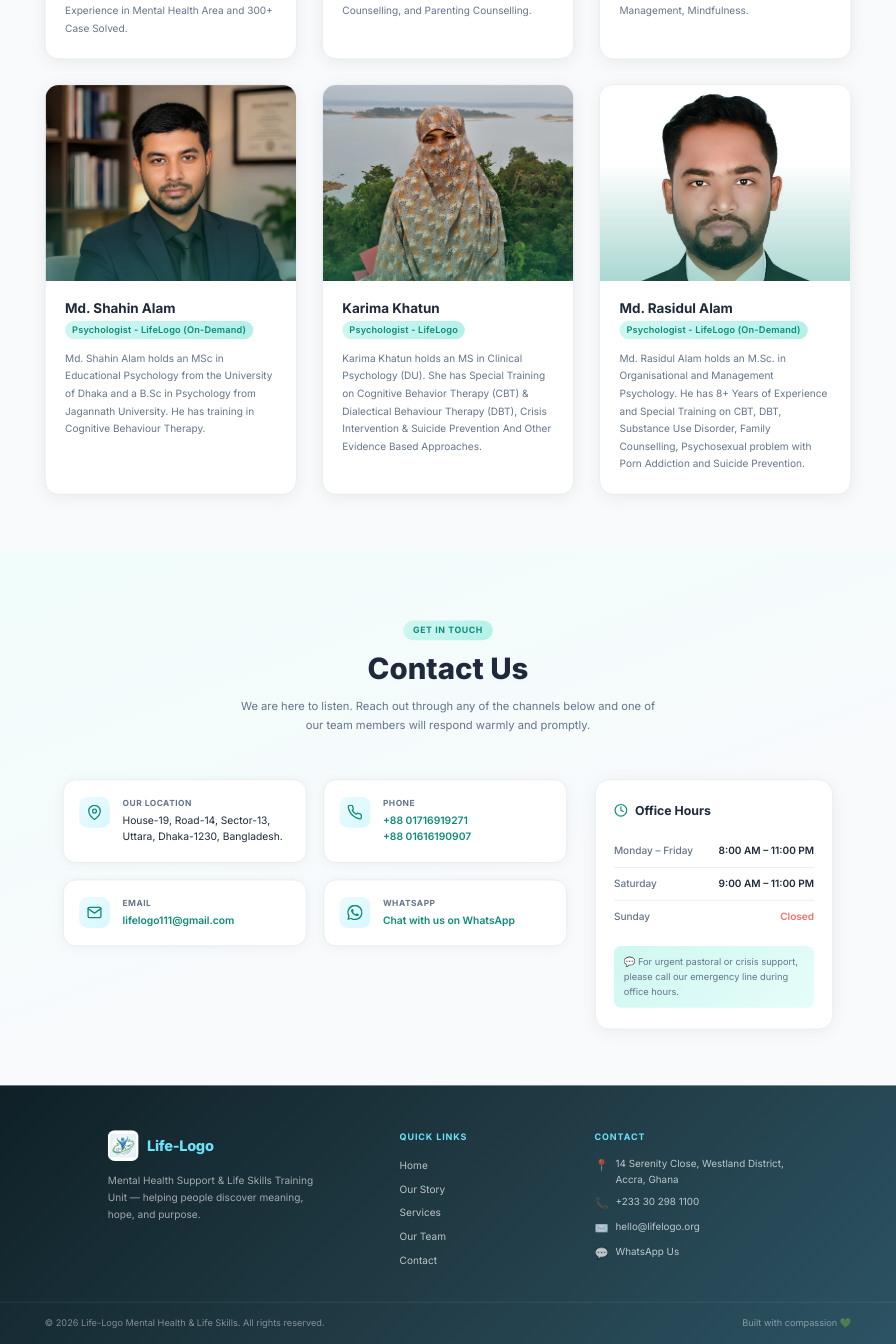
Repository: Tan47s/Lifelogo
Page: /
The author's editor kept a copy of each file at every save. The page is drawn from the files as they stood at one save, then again after the next save.
The browser window is 1280 px wide. The pictures show the part of the page from y = 3042 to 4962 px (the page is 4962 px tall), at 70% of full size.
The project was rebuilt for these pictures with package versions that can differ from the ones it lists, and the page was loaded fresh each time. Also part of the build but not shown: vite.config.js.

Above is the page before, as saved 2026-08-09 17:16:28.

### index.html
<!doctype html>
<html lang="en">
  <head>
    <meta charset="UTF-8" />
    <link rel="icon" type="image/svg+xml" href="/favicon.svg" />
    <meta name="viewport" content="width=device-width, initial-scale=1.0" />
    <title>Life-Logo | Mental Health Counselling &amp; Life Skills</title>
    <meta name="description" content="Life-Logo Mental Health Support &amp; Life Skills Training Unit — professional counselling, resilience coaching, and compassionate support to help you find meaning, hope, and purpose." />
    <meta property="og:title" content="Life-Logo | Mental Health Counselling &amp; Life Skills" />
    <meta property="og:description" content="Professional counselling and life skills training to support your well-being and personal growth." />
    <meta property="og:type" content="website" />
  </head>
  <body>
    <div id="root"></div>
    <script type="module" src="/src/main.jsx"></script>
  </body>
</html>

### src/main.jsx
import { StrictMode } from 'react'
import { createRoot } from 'react-dom/client'

import { App } from './App.jsx'


createRoot(document.getElementById('root')).render(
  <StrictMode>
    <App />
  </StrictMode>,
)

### src/App.jsx
import React from 'react'
import { Header } from './comp/Header'
import { Herocon } from './comp/Herocon'
import { Contents2 } from './comp/Contents2'
import { Service2 } from './comp/Service2'
import { Counsellors } from './comp/Counsellors'
import { Contact } from './comp/Contact'
import { Footer } from './comp/Footer'

export const App = () => {
  return (
    <div>
      <Header />

      {/* Hero — id: home (owned by Herocon's <section>) */}
      <Herocon />

      {/* Our Story — id: story (owned by Contents2's <section>) */}
      <Contents2 />

      {/* Services — id: services (declared inside Service2's <section>) */}
      <Service2 />

      {/* Our Team — id: team */}
      <Counsellors />

      {/* Contact — id: contact */}
      <Contact />

      {/* Footer */}
      <Footer />
    </div>
  )
}

### src/comp/Herocon.jsx
import './herocon.css'
import Hero from '../assets/hero.png'

const stats = [
  { value: '500+', label: 'Lives Impacted' },
  { value: '15+', label: 'Years Experience' },
  { value: '6',   label: 'Specialists' },
]

export const Herocon = () => {
  const scrollTo = (id) => {
    const el = document.getElementById(id)
    if (el) el.scrollIntoView({ behavior: 'smooth' })
  }

  return (
    <section
      id="home"
      className="hero-section"
      style={{ backgroundImage: `url(${Hero})` }}
    >
      {/* layered overlay */}
      <div className="hero-overlay" />

      <div className="hero-content">
        {/* eyebrow badge */}
        <span className="hero-badge">Mental Health &amp; Life Skills</span>

        {/* quote */}
        <p className="hero-quote">
          &ldquo;Doctors Dress The Wound, God Heals It.&rdquo;
        </p>

        {/* headline */}
        <h1 className="hero-headline">
          Well-Being Requires<br />
          <span className="hero-headline-accent">a Safe Space to Heal</span>
        </h1>

        {/* sub-text */}
        <p className="hero-sub">
          Mental health is the foundation of a healthy life. Through compassion,
          professional support, and faith, we help you find hope, build
          resilience, and take meaningful steps toward lasting well-being.
        </p>

        {/* CTAs */}
        <div className="hero-ctas">
          <button
            id="hero-contact-btn"
            className="hero-btn hero-btn--primary"
            onClick={() => scrollTo('contact')}
          >
            Contact Us
          </button>
          <button
            id="hero-services-btn"
            className="hero-btn hero-btn--ghost"
            onClick={() => scrollTo('services')}
          >
            Our Services
          </button>
        </div>

        {/* Stats strip */}
        <div className="hero-stats">
          {stats.map((s, i) => (
            <div className="hero-stat" key={i}>
              <span className="hero-stat-value">{s.value}</span>
              <span className="hero-stat-label">{s.label}</span>
            </div>
          ))}
        </div>
      </div>
    </section>
  )
}

### src/comp/Service2.jsx
import React from 'react'
import ser1 from '../assets/ser1.png'
import ser2 from '../assets/ser2.png'
import ser3 from '../assets/ser3.png'
import ser4 from '../assets/ser4.png'
import './Service2.css'

const services = [
  {
    img: ser1,
    title: 'Individual Counselling',
    tag: 'One-on-One',
    desc: 'A private, confidential space where you can explore personal challenges, process emotions, and develop healthier coping strategies with the guidance of a qualified counsellor.',
  },
  {
    img: ser2,
    title: 'Couple Counselling',
    tag: 'Relationships',
    desc: 'Helping couples navigate conflict, rebuild trust, and strengthen communication so they can grow together in a healthy, supportive partnership.',
  },
  {
    img: ser3,
    title: 'Family Counselling',
    tag: 'Family Dynamics',
    desc: 'We work with families to address relational tensions, improve understanding, and foster a home environment rooted in compassion and mutual respect.',
  },
  {
    img: ser4,
    title: 'Life Skills Training',
    tag: 'Personal Growth',
    desc: 'Practical workshops and coaching sessions that equip you with tools for resilience, emotional regulation, goal-setting, and purposeful living.',
  },
]

export const Service2 = () => {
  return (
    <section id="services" className="services-section">
      {/* Section Header */}
      <div className="services-header">
        <span className="section-badge">What We Offer</span>
        <h2>Our Services</h2>
        <p className="services-subtitle">
          We provide compassionate mental health counselling and life skills
          training to support your well-being and personal growth.
        </p>
      </div>

      {/* Cards Grid */}
      <div className="services-grid">
        {services.map((s, i) => (
          <div className="service-card" key={i}>
            <div className="service-img-wrap">
              <img src={s.img} alt={s.title} className="service-img" />
              <div className="service-img-overlay" />
            </div>
            <div className="service-info">
              <span className="service-tag">{s.tag}</span>
              <h3>{s.title}</h3>
              <p>{s.desc}</p>
            </div>
          </div>
        ))}
      </div>
    </section>
  )
}

### src/comp/Footer.jsx
import React from 'react'
import './Footer.css'
import logo from '../assets/logo.png'

export const Footer = () => {
  const year = new Date().getFullYear()

  const scrollTo = (id) => {
    const el = document.getElementById(id)
    if (el) el.scrollIntoView({ behavior: 'smooth' })
  }

  return (
    <footer className="footer">
      <div className="footer-inner">

        {/* Brand Column */}
        <div className="footer-brand">
          <div className="footer-logo-row">
            <img src={logo} alt="Life-Logo" className="footer-logo" />
            <span className="footer-name">Life-Logo</span>
          </div>
          <p className="footer-tagline">
            Mental Health Support &amp; Life Skills Training Unit — helping
            people discover meaning, hope, and purpose.
          </p>
        </div>

        {/* Quick Links */}
        <div className="footer-col">
          <h4>Quick Links</h4>
          <ul>
            {[
              { label: 'Home',        id: 'home' },
              { label: 'Our Story',   id: 'story' },
              { label: 'Services',    id: 'services' },
              { label: 'Our Team',    id: 'team' },
              { label: 'Contact',     id: 'contact' },
            ].map((l) => (
              <li key={l.id}>
                <button onClick={() => scrollTo(l.id)} className="footer-link">
                  {l.label}
                </button>
              </li>
            ))}
          </ul>
        </div>

        {/* Contact Column */}
        <div className="footer-col">
          <h4>Contact</h4>
          <ul className="footer-contact-list">
            <li>
              <span className="fc-icon">📍</span>
              14 Serenity Close, Westland District, Accra, Ghana
            </li>
            <li>
              <span className="fc-icon">📞</span>
              <a href="tel:+233302981100">+233 30 298 1100</a>
            </li>
            <li>
              <span className="fc-icon">✉️</span>
              <a href="mailto:hello@lifelogo.org">hello@lifelogo.org</a>
            </li>
            <li>
              <span className="fc-icon">💬</span>
              <a href="https://wa.me/233244567890" target="_blank" rel="noopener noreferrer">
                WhatsApp Us
              </a>
            </li>
          </ul>
        </div>

      </div>

      {/* Bottom Bar */}
      <div className="footer-bottom">
        <p>&copy; {year} Life-Logo Mental Health &amp; Life Skills. All rights reserved.</p>
        <p className="footer-note">Built with compassion 💚</p>
      </div>
    </footer>
  )
}

### src/Index.css

@import url('https://fonts.googleapis.com/css2?family=Inter:wght@100..900&display=swap');

:root {
  /* Brand */
  --primary: #6de1fb;        /* Teal from header */
  --primary-light: #02ff78;


  /* Logo greens */
  --green: #22C55E;
  --green-light: #DCFCE7;

  /* Blue accent */
  --blue: #38BDF8;
  --blue-light: #E0F2FE;

  /* Backgrounds */
  --background: #F8FAFC;
  --surface: #FFFFFF;

  /* Text */
  --text: #1E293B;
  --text-muted: #64748B;

  /* Borders */
  --border: #E2E8F0;
}

* {
  margin: 0;
  padding: 0;
  box-sizing: border-box;
  font-family: "Inter", sans-serif;
}

h1{
    font-weight: 800;
}

p{
    font-weight: 400;
}

### src/comp/Contents2.css
/* ============================================================
   OUR STORY SECTION
   ============================================================ */

.story-section {
  padding: 100px 5% 80px;
  background: var(--background);   /* #F8FAFC — same as Counsellors */
}

/* ---- Two-column inner wrapper ---- */
.story-inner {
  display: grid;
  grid-template-columns: 1fr 1fr;
  gap: 72px;
  max-width: 1200px;
  margin: 0 auto;
  align-items: start;
}

/* ========== LEFT: text column ========== */
.story-text {
  display: flex;
  flex-direction: column;
  gap: 20px;
}

.story-text h2 {
  font-size: clamp(26px, 3.5vw, 40px);
  font-weight: 800;
  color: var(--text);
  line-height: 1.18;
  margin: 0;
}

.story-lead {
  font-size: 1.05rem;
  color: var(--text);
  font-weight: 500;
  line-height: 1.75;
  margin: 0;
}

.story-body {
  font-size: 0.95rem;
  color: var(--text-muted);
  line-height: 1.8;
  margin: 0;
}

/* ========== RIGHT: pillars column ========== */
.story-pillars {
  display: flex;
  flex-direction: column;
  gap: 20px;
}

/* ---- Single pillar card ---- */
.story-pillar {
  display: flex;
  align-items: flex-start;
  gap: 18px;
  background: var(--surface);
  border: 1px solid var(--border);
  border-radius: 18px;
  padding: 24px 22px;
  box-shadow: 0 2px 16px rgba(0, 0, 0, 0.05);
  transition: transform 0.25s ease, box-shadow 0.25s ease;
}

.story-pillar:hover {
  transform: translateY(-4px);
  box-shadow: 0 8px 32px rgba(109, 225, 251, 0.18);
}

/* ---- Icon bubble ---- */
.pillar-icon {
  flex-shrink: 0;
  width: 48px;
  height: 48px;
  border-radius: 14px;
  background: linear-gradient(135deg, #d0f7f1, #b2f0e8);
  display: flex;
  align-items: center;
  justify-content: center;
  color: #0d8c7a;
}

.pillar-icon svg {
  width: 22px;
  height: 22px;
}

/* ---- Pillar text ---- */
.pillar-body {
  display: flex;
  flex-direction: column;
  gap: 5px;
}

.pillar-body h4 {
  font-size: 1rem;
  font-weight: 700;
  color: var(--text);
  margin: 0;
}

.pillar-body p {
  font-size: 0.88rem;
  color: var(--text-muted);
  line-height: 1.65;
  margin: 0;
}

/* ---- Responsive ---- */
@media (max-width: 860px) {
  .story-inner {
    grid-template-columns: 1fr;
    gap: 48px;
  }
}

@media (max-width: 640px) {
  .story-section {
    padding: 70px 5% 60px;
  }
}

### src/comp/Service2.css
/* ============================================================
   SERVICES SECTION  —  mirrors Counsellors card style
   ============================================================ */

.services-section {
  padding: 100px 5% 80px;
  background: linear-gradient(160deg, #f0fdfb 0%, #f8fafc 60%);
}

/* --- Header --- */
.services-header {
  text-align: center;
  max-width: 660px;
  margin: 0 auto 64px;
}

.services-header h2 {
  font-size: clamp(28px, 4vw, 42px);
  font-weight: 800;
  color: var(--text);
  margin-bottom: 16px;
  line-height: 1.15;
}

.services-subtitle {
  font-size: 1rem;
  color: var(--text-muted);
  line-height: 1.7;
}

/* --- Grid --- */
.services-grid {
  display: grid;
  grid-template-columns: repeat(auto-fit, minmax(260px, 1fr));
  gap: 32px;
  max-width: 1200px;
  margin: 0 auto;
}

/* --- Card --- */
.service-card {
  background: var(--surface);
  border-radius: 20px;
  overflow: hidden;
  box-shadow: 0 4px 24px rgba(0, 0, 0, 0.07);
  border: 1px solid var(--border);
  transition: transform 0.3s ease, box-shadow 0.3s ease;
}

.service-card:hover {
  transform: translateY(-8px);
  box-shadow: 0 12px 40px rgba(109, 225, 251, 0.25);
}

/* --- Image wrapper --- */
.service-img-wrap {
  position: relative;
  width: 100%;
  height: 150px;
  overflow: hidden;
}

.service-img {
  width: 100%;
  height: 100%;
  object-fit: cover;
  object-position: center;
  transition: transform 0.4s ease;
}

.service-card:hover .service-img {
  transform: scale(1.05);
}

.service-img-overlay {
  position: absolute;
  inset: 0;
  background: linear-gradient(to top, rgba(13, 140, 122, 0.3) 0%, transparent 55%);
  pointer-events: none;
}

/* --- Info block --- */
.service-info {
  padding: 22px 26px 28px;
  display: flex;
  flex-direction: column;
  gap: 8px;
}

.service-tag {
  display: inline-block;
  background: linear-gradient(135deg, #d0f7f1, #b2f0e8);
  color: #0d8c7a;
  font-size: 0.78rem;
  font-weight: 700;
  letter-spacing: 0.06em;
  text-transform: uppercase;
  padding: 4px 12px;
  border-radius: 999px;
  align-self: flex-start;
}

.service-info h3 {
  font-size: 1.15rem;
  font-weight: 700;
  color: var(--text);
  margin: 0;
  line-height: 1.3;
}

.service-info p {
  font-size: 0.9rem;
  color: var(--text-muted);
  line-height: 1.75;
  margin: 0;
}

/* --- Responsive --- */
@media (max-width: 640px) {
  .services-section {
    padding: 70px 5% 60px;
  }

  .services-grid {
    grid-template-columns: 1fr;
  }
}

### src/comp/Counsellors.css
/* ============================================================
   COUNSELLORS SECTION
   ============================================================ */

.counsellors-section {
  padding: 100px 5% 80px;
  background: var(--background);
}

/* --- Header --- */
.counsellors-header {
  text-align: center;
  max-width: 660px;
  margin: 0 auto 64px;
}

.counsellors-header h2 {
  font-size: clamp(28px, 4vw, 42px);
  font-weight: 800;
  color: var(--text);
  margin-bottom: 16px;
  line-height: 1.15;
}

.counsellors-subtitle {
  font-size: 1rem;
  color: var(--text-muted);
  line-height: 1.7;
}

/* --- Badge --- */
.section-badge {
  display: inline-block;
  background: linear-gradient(135deg, #d0f7f1, #b2f0e8);
  color: #0d8c7a;
  font-size: 0.78rem;
  font-weight: 700;
  letter-spacing: 0.07em;
  text-transform: uppercase;
  padding: 5px 14px;
  border-radius: 999px;
  margin-bottom: 16px;
}

/* --- Grid --- */
.counsellors-grid {
  display: grid;
  grid-template-columns: repeat(3, 1fr);
  gap: 36px;
  max-width: 1200px;
  margin: 0 auto;
}

@media (max-width: 960px) {
  .counsellors-grid {
    grid-template-columns: repeat(2, 1fr);
  }
}

/* --- Card --- */
.counsellor-card {
  background: var(--surface);
  border-radius: 20px;
  overflow: hidden;
  box-shadow: 0 4px 24px rgba(0, 0, 0, 0.07);
  transition: transform 0.3s ease, box-shadow 0.3s ease;
  border: 1px solid var(--border);
}

.counsellor-card:hover {
  transform: translateY(-8px);
  box-shadow: 0 12px 40px rgba(109, 225, 251, 0.25);
}

/* --- Image wrapper --- */
.counsellor-img-wrap {
  position: relative;
  width: 100%;
  height: 280px;
  overflow: hidden;
}

.counsellor-img {
  width: 100%;
  height: 100%;
  object-fit: cover;
  object-position: top center;
  transition: transform 0.4s ease;
}

.counsellor-card:hover .counsellor-img {
  transform: scale(1.04);
}

.counsellor-img-overlay {
  position: absolute;
  inset: 0;
  background: linear-gradient(to top, rgba(13, 140, 122, 0.35) 0%, transparent 60%);
  pointer-events: none;
}

/* --- Info block --- */
.counsellor-info {
  padding: 24px 28px 30px;
}

.counsellor-info h3 {
  font-size: 1.2rem;
  font-weight: 700;
  color: var(--text);
  margin-bottom: 4px;
}

.counsellor-role {
  display: inline-block;
  font-size: 0.82rem;
  font-weight: 600;
  color: #0d8c7a;
  background: linear-gradient(135deg, #d0f7f1, #b2f0e8);
  padding: 3px 10px;
  border-radius: 999px;
  margin-bottom: 14px;
  letter-spacing: 0.02em;
}

.counsellor-info p {
  font-size: 0.9rem;
  color: var(--text-muted);
  line-height: 1.75;
}

/* --- Responsive --- */
@media (max-width: 640px) {
  .counsellors-section {
    padding: 70px 5% 60px;
  }

  .counsellors-grid {
    grid-template-columns: 1fr;
  }
}

### src/comp/Footer.css
/* ============================================================
   FOOTER
   ============================================================ */

.footer {
  background: linear-gradient(135deg, #0f2027, #203a43, #2c5364);
  color: rgba(255, 255, 255, 0.85);
  padding-top: 64px;
}

.footer-inner {
  max-width: 1100px;
  margin: 0 auto;
  padding: 0 5% 48px;
  display: grid;
  grid-template-columns: 1.6fr 1fr 1.2fr;
  gap: 48px;
}

/* --- Brand Column --- */
.footer-brand {}

.footer-logo-row {
  display: flex;
  align-items: center;
  gap: 12px;
  margin-bottom: 16px;
}

.footer-logo {
  width: 44px;
  height: 44px;
  object-fit: contain;
  border-radius: 10px;
  background: white;
  padding: 3px;
}

.footer-name {
  font-size: 1.3rem;
  font-weight: 800;
  color: var(--primary);
  letter-spacing: -0.02em;
}

.footer-tagline {
  font-size: 0.9rem;
  line-height: 1.7;
  color: rgba(255, 255, 255, 0.6);
  max-width: 300px;
}

/* --- Columns --- */
.footer-col h4 {
  font-size: 0.8rem;
  font-weight: 700;
  letter-spacing: 0.1em;
  text-transform: uppercase;
  color: var(--primary);
  margin-bottom: 18px;
}

.footer-col ul {
  list-style: none;
  padding: 0;
  margin: 0;
  display: flex;
  flex-direction: column;
  gap: 10px;
}

/* Quick links */
.footer-link {
  background: none;
  border: none;
  padding: 0;
  cursor: pointer;
  font-size: 0.9rem;
  color: rgba(255, 255, 255, 0.7);
  text-align: left;
  transition: color 0.2s ease;
  font-family: inherit;
}

.footer-link:hover {
  color: var(--primary);
}

/* Contact list */
.footer-contact-list li {
  display: flex;
  align-items: flex-start;
  gap: 10px;
  font-size: 0.88rem;
  color: rgba(255, 255, 255, 0.7);
  line-height: 1.55;
}

.footer-contact-list a {
  color: rgba(255, 255, 255, 0.7);
  text-decoration: none;
  transition: color 0.2s ease;
}

.footer-contact-list a:hover {
  color: var(--primary);
}

.fc-icon {
  flex-shrink: 0;
  font-size: 1rem;
  margin-top: 1px;
}

/* --- Bottom Bar --- */
.footer-bottom {
  border-top: 1px solid rgba(255, 255, 255, 0.1);
  padding: 20px 5%;
  display: flex;
  align-items: center;
  justify-content: space-between;
  max-width: 100%;
}

.footer-bottom p {
  font-size: 0.82rem;
  color: rgba(255, 255, 255, 0.45);
  margin: 0;
}

.footer-note {
  font-size: 0.82rem;
  color: rgba(255, 255, 255, 0.45);
}

/* --- Responsive --- */
@media (max-width: 860px) {
  .footer-inner {
    grid-template-columns: 1fr 1fr;
  }
  .footer-brand {
    grid-column: span 2;
  }
}

@media (max-width: 540px) {
  .footer-inner {
    grid-template-columns: 1fr;
  }
  .footer-brand {
    grid-column: span 1;
  }
  .footer-bottom {
    flex-direction: column;
    gap: 6px;
    text-align: center;
  }
}

Loaded but not shown: src/comp/Contact.jsx (114 lines, source omitted); src/App.css (221 lines, source omitted); src/comp/herocon.css (185 lines, source omitted); src/comp/Contact.css (202 lines, source omitted); src/comp/Counsellors.jsx (80 lines, source omitted); src/comp/Header.jsx (102 lines, source omitted); src/comp/Contents2.jsx (74 lines, source omitted)

After the next save:
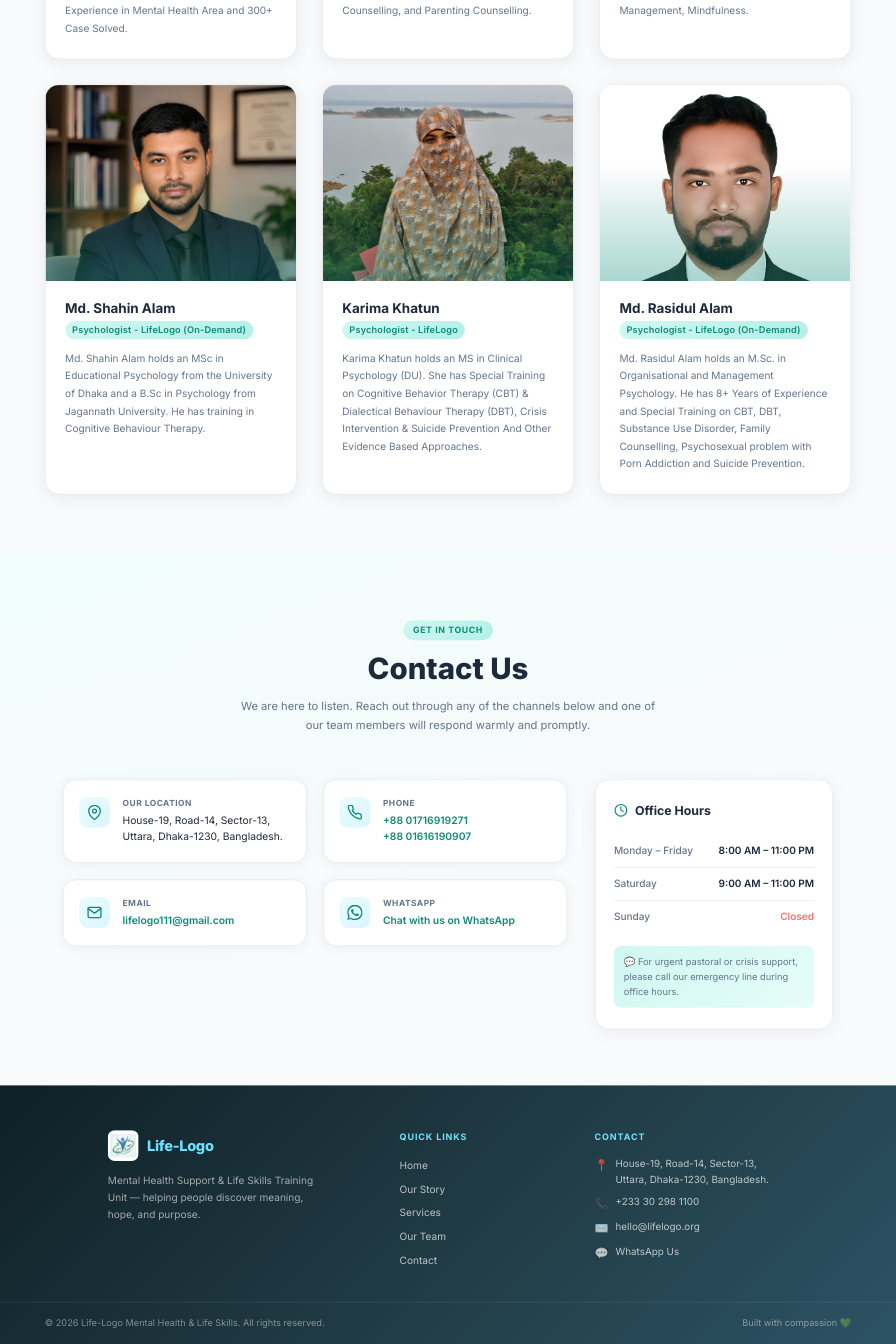
Saved 33 s later.
--- a/src/comp/Footer.jsx
+++ b/src/comp/Footer.jsx
@@ -52,7 +52,7 @@
           <ul className="footer-contact-list">
             <li>
               <span className="fc-icon">📍</span>
-              14 Serenity Close, Westland District, Accra, Ghana
+              House-19, Road-14, Sector-13, Uttara, Dhaka-1230, Bangladesh.
             </li>
             <li>
               <span className="fc-icon">📞</span>
